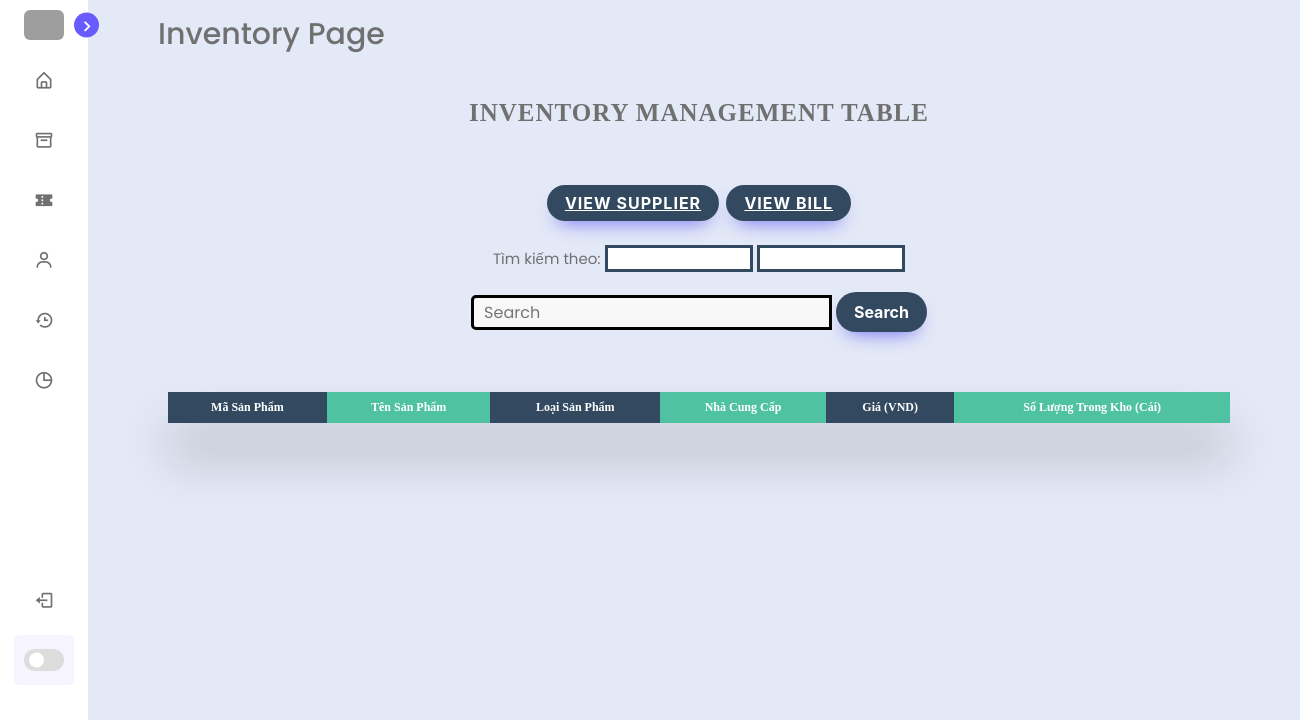
Repository: JeffDaveHudson/CapstoneProject
Page: http://localhost/CapstoneProject/inventory
An editor plug-in stored every save of this project. The page is shown before and after the next save, followed by the edit.
The browser window is 1280 px wide. The page is 1300 px wide, so the pictures cover 1300 px, including what lies to the right of the window. The pictures show the whole page.
Pictures or frames that could not be fetched are drawn as grey boxes. The page is served by Tomcat 9.

Above is the page before, as saved 2023-05-21 13:23:24.

After the next save:
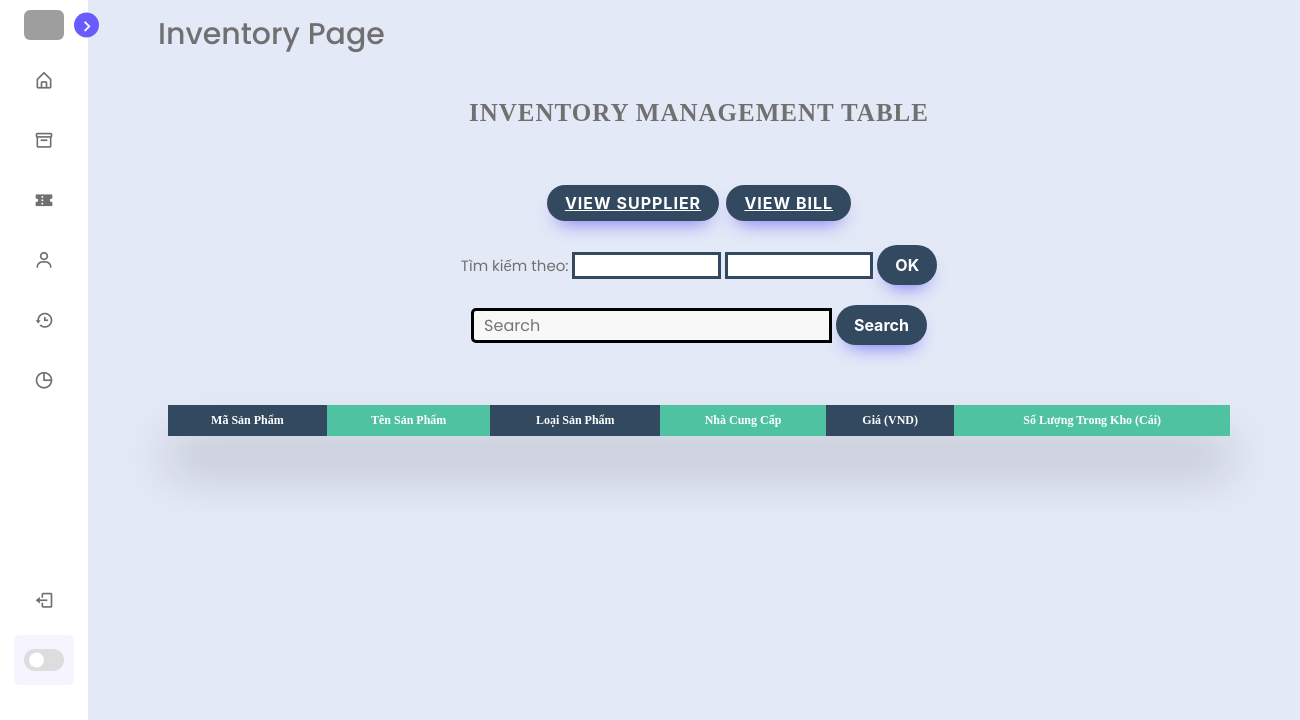
Saved 16 s later.
--- a/CapstoneProject/src/main/webapp/admin/Inventory.jsp
+++ b/CapstoneProject/src/main/webapp/admin/Inventory.jsp
@@ -44,6 +44,7 @@
   											<option value="ID_Inventory">${supplierlist.supplierName }</option>
       									</c:forEach>
     								</select>
+    								<button class = "button-search" type = "submit">OK</button>
     	</form:form>
         <form:form id="form2" action="inventorysearch">
   						<div class="searchbar"><input name="searchInventoryString" type="search" placeholder='Search' /></div>
